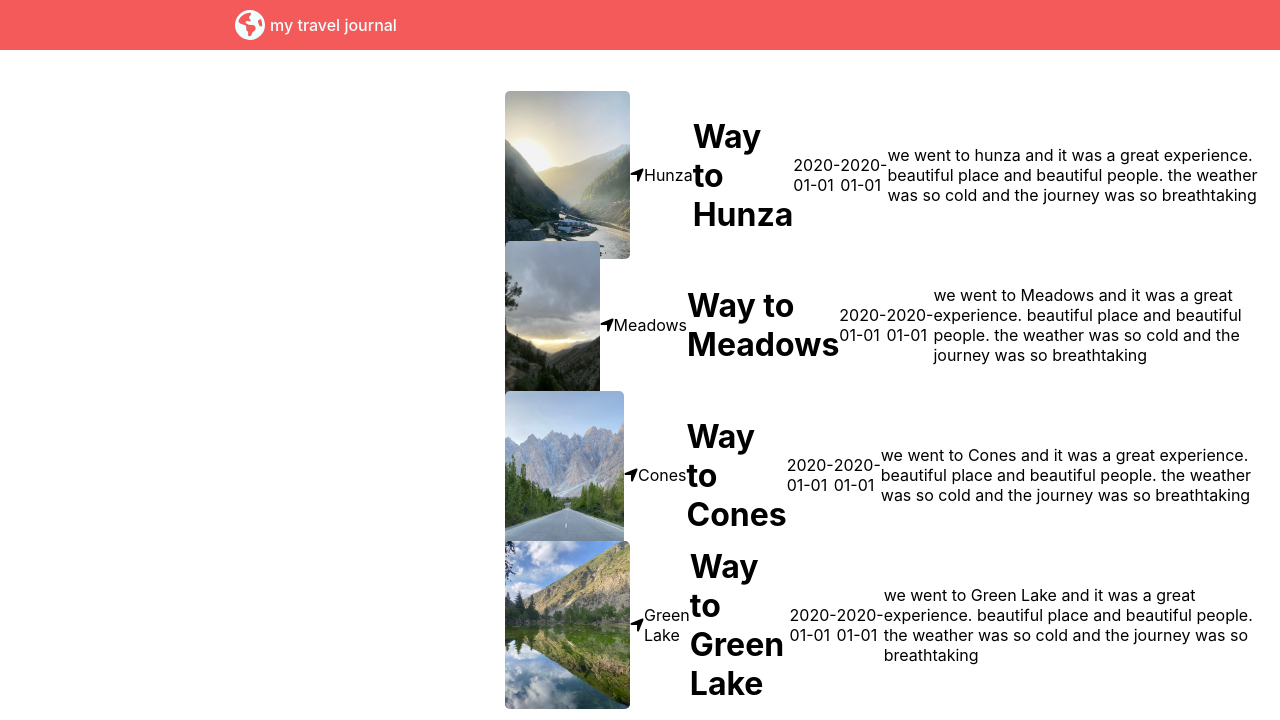
Repository: mortiestmorty1/travel-journal
Page: /
These files come from the project's save history. The page is drawn as it stood at one moment and after the next save; the edit follows.
The browser window is 1280 px wide. The pictures show the whole page.
The project was rebuilt for these pictures with package versions that can differ from the ones it lists, and the page was loaded fresh each time.

Above is the page before, as saved 2024-01-17 14:46:54.

### src/App.js
import logo from './logo.svg';
import './App.css';
import Navbar from "./components/navbar";
import Data from "./components/data.js";
import Content from "./components/content.js";

function App() {
  const  Memories = Data.map((item) => {
    return<Content
          key={item.id}
          item={item}
    />
  })
  return (
    <div className="App">
      <Navbar />
      {Memories}
    </div>
  );
}

export default App;

### src/App.css
.Nav-container{
    display: flex;
    justify-content: space-between;
    align-items: center;
    background-color: #F55A5A;
    height: 50px;
}
.navbar{
    display: flex;
    justify-content: space-between;
    align-items: center;
    background-color: #F55A5A;
    margin-left: 230px;
}
.title{
  color: azure;
  font-weight: 500;
  margin-left: 5px;
}
.earth{
  width: 30px;
  height: 30px;
  margin-left: 5px;
  color: azure;
}
.content-container{
  display: flex;
  justify-content: space-between;;
  align-items: center;
  margin-top: 100px;
  height: 50px;
  margin-left: 500px;
}
.image{
  width: 125px;
  height: 168px;
  margin-left: 5px;
  color: azure;
  border-radius: 5px;
}

### src/components/navbar.js
import React from "react";
import { FontAwesomeIcon } from "@fortawesome/react-fontawesome";
import { faEarth } from "@fortawesome/free-solid-svg-icons";
import "../App.css";

function Navbar(){
    return(
        <div className="Nav-container">
            <nav className="navbar">
                <FontAwesomeIcon icon={faEarth} className="earth"></FontAwesomeIcon>
                <span className="title">
                        my travel journal
                </span>
            </nav>
        </div>
    )
}
export default Navbar;

### src/components/data.js
import Hunza from "./way-to-hunza.jpeg";
import Meadows from "./way-to-meadows.jpeg";
import Cones from "./cones.jpeg";
import Glake from "./green-lake.jpeg";

export default [
    {
        id:1,
        img: Hunza,
        location: "Hunza",
        googlelink: "https://www.google.com/maps/place/Hunza+Valley,+Gilgit-Baltistan,+Pakistan/",
        Title: "Way to Hunza",
        datestart:"2020-01-01",
        dateend: "2020-01-01",
        description:"we went to hunza and it was a great experience. beautiful place and beautiful people. the weather was so cold and the journey was so breathtaking"
    }
    ,
    {
        id:2,
        img: Meadows,
        location: "Meadows",
        googlelink: "https://www.google.com/maps/place/Meadows,+Gilgit-Baltistan,+Pakistan/",
        Title: "Way to Meadows",
        datestart:"2020-01-01",
        dateend: "2020-01-01",
        description:"we went to Meadows and it was a great experience. beautiful place and beautiful people. the weather was so cold and the journey was so breathtaking"
    }
    ,
    {
        id:3,
        img: Cones,
        location: "Cones",
        googlelink: "https://www.google.com/maps/place/Cones,+Gilgit-Baltistan,+Pakistan/",
        Title: "Way to Cones",
        datestart:"2020-01-01",
        dateend: "2020-01-01",
        description:"we went to Cones and it was a great experience. beautiful place and beautiful people. the weather was so cold and the journey was so breathtaking"
    }
    ,
    {
        id:4,
        img: Glake,
        location: "Green Lake",
        googlelink: "https://www.google.com/maps/place/Green+Lake,+Gilgit-Baltistan,+Pakistan/",
        Title: "Way to Green Lake",
        datestart:"2020-01-01",
        dateend: "2020-01-01",
        description:"we went to Green Lake and it was a great experience. beautiful place and beautiful people. the weather was so cold and the journey was so breathtaking"
    }
]

### src/components/content.js
import React from "react";
import { FontAwesomeIcon } from "@fortawesome/react-fontawesome";
import { faLocationArrow } from "@fortawesome/free-solid-svg-icons";
import "../App.css";
function Content(props){

    return(
        <div className="content-container">
            <img className="image" src={props.item.img}>
            </img>
            <FontAwesomeIcon icon={faLocationArrow} className="location"></FontAwesomeIcon>
            <span className="location">
                {props.item.location}
            </span>
            <a href={props.googlelink}></a>
            <h1 className="Title">{props.item.Title}</h1>
            <span className="date-start">{props.item.datestart}</span>
            <span className="date-end">{props.item.dateend}</span>
            <p className="description">{props.item.description}</p>
        </div>
    )
}

export default Content;

Loaded but not shown: public/index.html (common file); src/index.js (common file); src/index.css (common file); src/reportWebVitals.js (common file)

After the next save:
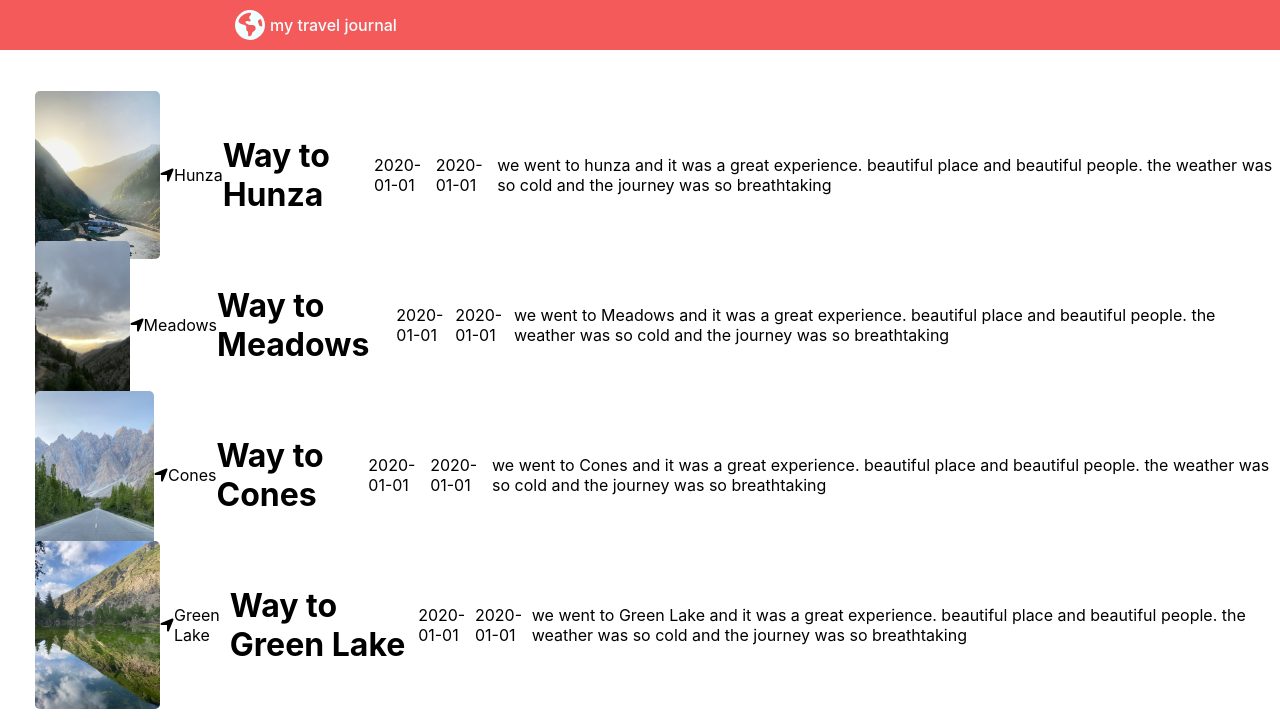
Saved 5 s later.
--- a/src/App.css
+++ b/src/App.css
@@ -29,7 +29,7 @@
   align-items: center;
   margin-top: 100px;
   height: 50px;
-  margin-left: 500px;
+  margin-left: 30px;
 }
 .image{
   width: 125px;
